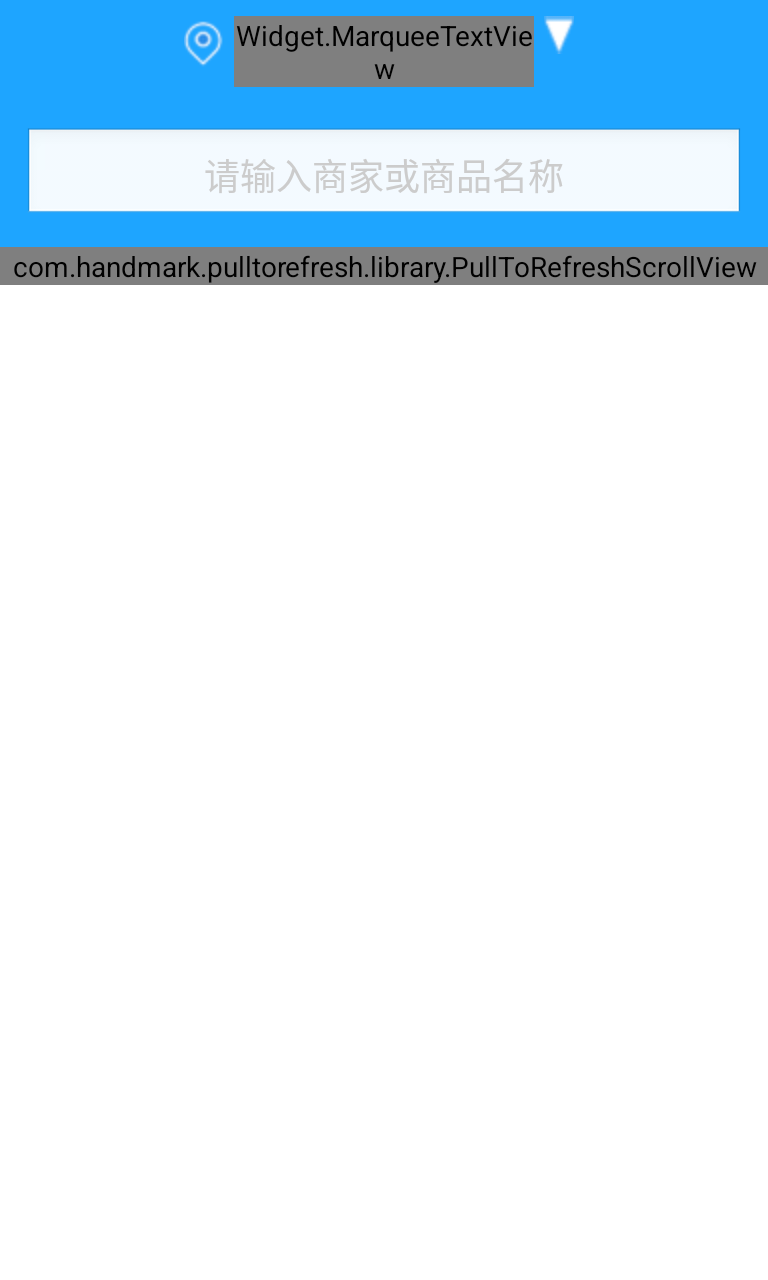
Repository: shi1hh/v
Layout: HungryTest/res/layout/fragment_waimai.xml
The author's editor kept a copy of each file at every save. The layout is drawn from the files as they stood at one save, then again after the next save.
Pictures or frames that could not be fetched are drawn as grey boxes. It is drawn on a 768 x 1280 px phone screen (xhdpi) without system bars, with theme android:Theme.Light.NoTitleBar; the app's code is not run.

Above is the layout before, as saved 2015-10-24 11:47:01.

### HungryTest/res/layout/fragment_waimai.xml
<?xml version="1.0" encoding="utf-8"?>
<RelativeLayout xmlns:android="http://schemas.android.com/apk/res/android"
    android:layout_width="match_parent"
    android:layout_height="match_parent" >

    <RelativeLayout
        android:id="@+id/relativeLayout1"
        android:layout_width="match_parent"
        android:layout_height="wrap_content"
        android:background="@color/blackground"
        android:padding="8dp" >

        <Widget.MarqueeTextView
            android:id="@+id/Textview_waimai_tile_2"
            android:layout_width="150dp"
            android:layout_height="wrap_content"
            android:layout_centerHorizontal="true"
            android:layout_centerVertical="true"
            android:background="@color/blackground"
            android:ellipsize="marquee"
            android:focusable="true"
            android:focusableInTouchMode="true"
            android:gravity="center"
            android:marqueeRepeatLimit="marquee_forever"
            android:scrollHorizontally="true"
            android:singleLine="true"
            android:text="信和门业附近(阳江市)"
            android:textColor="@color/white"
            android:textSize="21sp" />

        <Button
            android:id="@+id/button_waimai_tile_3"
            android:layout_width="wrap_content"
            android:layout_height="wrap_content"
            android:layout_alignBaseline="@+id/Textview_waimai_tile_2"
            android:layout_marginLeft="5dp"
            android:layout_toRightOf="@+id/Textview_waimai_tile_2"
            android:background="@drawable/waimaititle3" />

        <Button
            android:id="@+id/button_waimai_tile_1"
            android:layout_width="wrap_content"
            android:layout_height="wrap_content"
            android:layout_alignParentTop="true"
            android:layout_marginRight="5dp"
            android:layout_toLeftOf="@+id/Textview_waimai_tile_2"
            android:background="@drawable/waimaititle1" />
    </RelativeLayout>

        <RelativeLayout
            android:id="@+id/relative_2"
            android:layout_width="match_parent"
            android:layout_height="wrap_content"
            android:layout_alignParentLeft="true"
            android:layout_below="@+id/relativeLayout1"
            android:background="@color/blackground"
            android:padding="12dp" >

            <EditText
                android:id="@+id/editText_search"
                android:layout_width="match_parent"
                android:layout_height="wrap_content"
                android:ems="10"
                android:gravity="center"
                android:hint="请输入商家或商品名称"
                android:padding="10dp"
                android:textColorHint="@color/text_gray" />
        </RelativeLayout>
 <com.handmark.pulltorefresh.library.PullToRefreshScrollView
        xmlns:ptr="http://schemas.android.com/apk/res-auto"
        android:id="@+id/pull_refresh_scrollview"
                  android:layout_alignParentLeft="true"
            android:layout_below="@+id/relative_2"
        android:layout_width="fill_parent"
        android:layout_height="wrap_content"
        ptr:ptrAnimationStyle="flip"
        ptr:ptrMode="both" >

        <LinearLayout
            android:id="@+id/sub_root_lin"
            android:layout_width="fill_parent"
            android:layout_height="wrap_content"
            android:orientation="vertical" >

            <android.support.v4.view.ViewPager
                android:id="@+id/viewpager_waimai_adv"
                android:layout_width="match_parent"
                android:layout_height="90dp" >
            </android.support.v4.view.ViewPager>

            <TableLayout
           android:layout_marginTop="5dp"
                android:layout_width="match_parent"
                android:layout_height="wrap_content" >

                <TableRow
                    android:layout_width="match_parent"
                    android:layout_weight="1" >

                    <TextView
                        android:id="@+id/tb_tv1"
                        style="@style/waimai_tb_text"
                        android:layout_width="wrap_content"
                        android:layout_height="fill_parent"
                        android:layout_weight="1"
                        android:drawablePadding="0px"
                        android:drawableTop="@drawable/t1"
                        android:text="@string/waimai_tb1" />

                    <TextView
                        android:id="@+id/tb_tv2"
                        style="@style/waimai_tb_text"
                        android:layout_width="fill_parent"
                        android:layout_height="fill_parent"
                        android:layout_weight="1"
                        android:drawablePadding="0px"
                        android:drawableTop="@drawable/t2"
                        android:text="@string/waimai_tb2" />

                    <TextView
                        android:id="@+id/tb_tv3"
                        style="@style/waimai_tb_text"
                        android:layout_width="fill_parent"
                        android:layout_height="fill_parent"
                        android:layout_weight="1"
                        android:drawablePadding="0px"
                        android:drawableTop="@drawable/t3"
                        android:text="@string/waimai_tb3" />

                    <TextView
                        android:id="@+id/tb_tv4"
                        style="@style/waimai_tb_text"
                        android:layout_width="fill_parent"
                        android:layout_height="fill_parent"
                        android:layout_weight="1"
                        android:drawablePadding="0px"
                        android:drawableTop="@drawable/t4"
                        android:text="@string/waimai_tb4" />
                </TableRow>

                <TableRow
                    android:layout_width="match_parent"
                    android:layout_weight="1" >

                    <TextView
                        android:id="@+id/tb_tv2_1"
                        style="@style/waimai_tb_text"
                        android:layout_width="fill_parent"
                        android:layout_height="fill_parent"
                        android:layout_weight="1"
                        android:drawablePadding="0px"
                        android:drawableTop="@drawable/t5"
                        android:text="@string/waimai_tb5" />

                    <TextView
                        android:id="@+id/tb_tv2_2"
                        style="@style/waimai_tb_text"
                        android:layout_width="fill_parent"
                        android:layout_height="fill_parent"
                        android:layout_weight="1"
                        android:drawablePadding="0px"
                        android:drawableTop="@drawable/t6"
                        android:text="@string/waimai_tb6" />

                    <TextView
                        android:id="@+id/tb_tv2_3"
                        style="@style/waimai_tb_text"
                        android:layout_width="fill_parent"
                        android:layout_height="fill_parent"
                        android:layout_weight="1"
                        android:drawablePadding="0px"
                        android:drawableTop="@drawable/t7"
                        android:text="@string/waimai_tb7" />

                    <TextView
                        android:id="@+id/tb_tv2_12344567"
                        android:layout_column="2"
                        style="@style/waimai_tb_text"
                        android:layout_width="fill_parent"
                        android:layout_height="fill_parent"
                        android:visibility="invisible"
                        android:layout_weight="1" />
                </TableRow>
            </TableLayout>
            <View
                android:id="@+id/divider1"
                 android:layout_width="fill_parent"  android:layout_height="12dp"
                android:layout_marginTop="5dp"
                android:background="@color/waimai_divider"  />

            <LinearLayout
    android:layout_width="match_parent"
    android:layout_height="match_parent"
    android:orientation="horizontal" >

    <Spinner
        android:id="@+id/spinner_waimai_listview1"
            android:background="@drawable/spinner_waimai_img"
    android:layout_weight="1"
        android:layout_width="0dp"
        android:spinnerMode="dropdown"
 android:animationCache="true"
   android:drawSelectorOnTop="true"
        android:layout_height="wrap_content" />

    <Spinner
        android:id="@+id/spinner_waimai_listview2"
               android:background="@drawable/spinner_waimai_img"
    android:layout_weight="1"
        android:layout_width="0dp"
        android:spinnerMode="dropdown"
 android:animationCache="true"
   android:drawSelectorOnTop="true"
        android:layout_height="wrap_content" />

    <Spinner
        android:id="@+id/spinner_waimai_listview3"
                android:background="@drawable/spinner_waimai_img"
    android:layout_weight="1"
        android:layout_width="0dp"
        android:spinnerMode="dropdown"
 android:animationCache="true"
   android:drawSelectorOnTop="true"
        android:layout_height="wrap_content"  />

</LinearLayout>


            <ListView
                android:id="@+id/listview_waimai"
                android:layout_width="fill_parent"
                android:layout_height="wrap_content"
                ></ListView>
        </LinearLayout>
    </com.handmark.pulltorefresh.library.PullToRefreshScrollView>

     <LinearLayout
                android:id="@+id/flow_llay"
    android:layout_width="match_parent"
    android:layout_height="wrap_content"
android:visibility="gone"
    android:orientation="horizontal" >

    <Spinner
        android:id="@+id/spinner_waimai_listview4"
            android:background="@drawable/spinner_waimai_img"
    android:layout_weight="1"
        android:layout_width="0dp"
        android:spinnerMode="dropdown"
 android:animationCache="true"
   android:drawSelectorOnTop="true"
        android:layout_height="wrap_content" />

    <Spinner
        android:id="@+id/spinner_waimai_listview5"
               android:background="@drawable/spinner_waimai_img"
    android:layout_weight="1"
        android:layout_width="0dp"
        android:spinnerMode="dropdown"
 android:animationCache="true"
   android:drawSelectorOnTop="true"
        android:layout_height="wrap_content" />

    <Spinner
        android:id="@+id/spinner_waimai_listview6"
                android:background="@drawable/spinner_waimai_img"
    android:layout_weight="1"
        android:layout_width="0dp"
        android:spinnerMode="dropdown"
 android:animationCache="true"
   android:drawSelectorOnTop="true"
        android:layout_height="wrap_content"  />

</LinearLayout>



</RelativeLayout>

### HungryTest/res/values/color.xml
<?xml version="1.0" encoding="utf-8"?>
<resources>
    <color name="sum">#ffffff</color>
    <color name="balance">#00FF7F</color>
    <color name="balance_text">#ffffff</color>
    <color name="lvlft_select">#ffffff</color>
    <color name="lvlft_black">#CFCFCF</color>
    <color name="white">#ffffff</color>
    <color name="navigation_bg">#F6F6F6</color>
      <color name="blackground">#1EA5FF</color>
      <color name="text_gray">#CCCCCC</color>
      <color name="waimai_divider">#EEEEEC</color>
</resources>

### HungryTest/res/values/styles.xml
<resources xmlns:android="http://schemas.android.com/apk/res/android">

    <!--
        Base application theme, dependent on API level. This theme is replaced
        by AppBaseTheme from res/values-vXX/styles.xml on newer devices.


    -->
    <style name="AppBaseTheme" parent="Theme.AppCompat.Light">
        <!--
            Theme customizations available in newer API levels can go in
            res/values-vXX/styles.xml, while customizations related to
            backward-compatibility can go here.


        -->
    </style>

    <!-- Application theme. -->
    <style name="AppTheme" parent="AppBaseTheme">
        <!-- All customizations that are NOT specific to a particular API-level can go here. -->
    </style>

    <style name="text">
        <item name="android:textSize">10sp</item>
        <item name="android:gravity">center_horizontal</item>
    </style>

    <style name="waimai_tb_text">
        <item name="android:textSize">13sp</item>
        <item name="android:gravity">center_horizontal</item>
    </style>
    <style
        name="waimai_money_text">
        <item name="android:textColor">#FF3030</item>
        <item name="android:textSize">20sp</item>

    </style>
<style
    name="waimai_store_name_textsize"
    >
    <item name="android:textSize">20sp</item>
</style>
</resources>

### HungryTest/res/values/strings.xml
<?xml version="1.0" encoding="utf-8"?>
<resources>

    <string name="app_name">HungryTest</string>
    <string name="hello_world">Hello world!</string>
    <string name="action_settings">Settings</string>
    <string name="navigation1">外卖</string>
 <string name="navigation2">订单</string>
  <string name="navigation3">发现</string>
   <string name="navigation4">我</string>
   <string name="waimai_tb1">便利店</string>
    <string name="waimai_tb2">品牌馆</string>
     <string name="waimai_tb3">水果</string>
      <string name="waimai_tb4">鲜花蛋糕</string>
       <string name="waimai_tb5">新店特惠</string>
        <string name="waimai_tb6">夜宵</string>
         <string name="waimai_tb7">预定早餐</string>
</resources>

### HungryTest/res/drawable/spinner_waimai_img.xml
<?xml version="1.0" encoding="utf-8"?>
<selector xmlns:android="http://schemas.android.com/apk/res/android" >
    <item android:drawable="@drawable/spinnerdrag2"
        android:state_focused="true"></item>
    <item android:drawable="@drawable/spinnerdrag2"
        android:state_pressed="true"></item>
   <item  android:drawable="@drawable/spinnerdrag1"></item>
</selector>

After the next save:
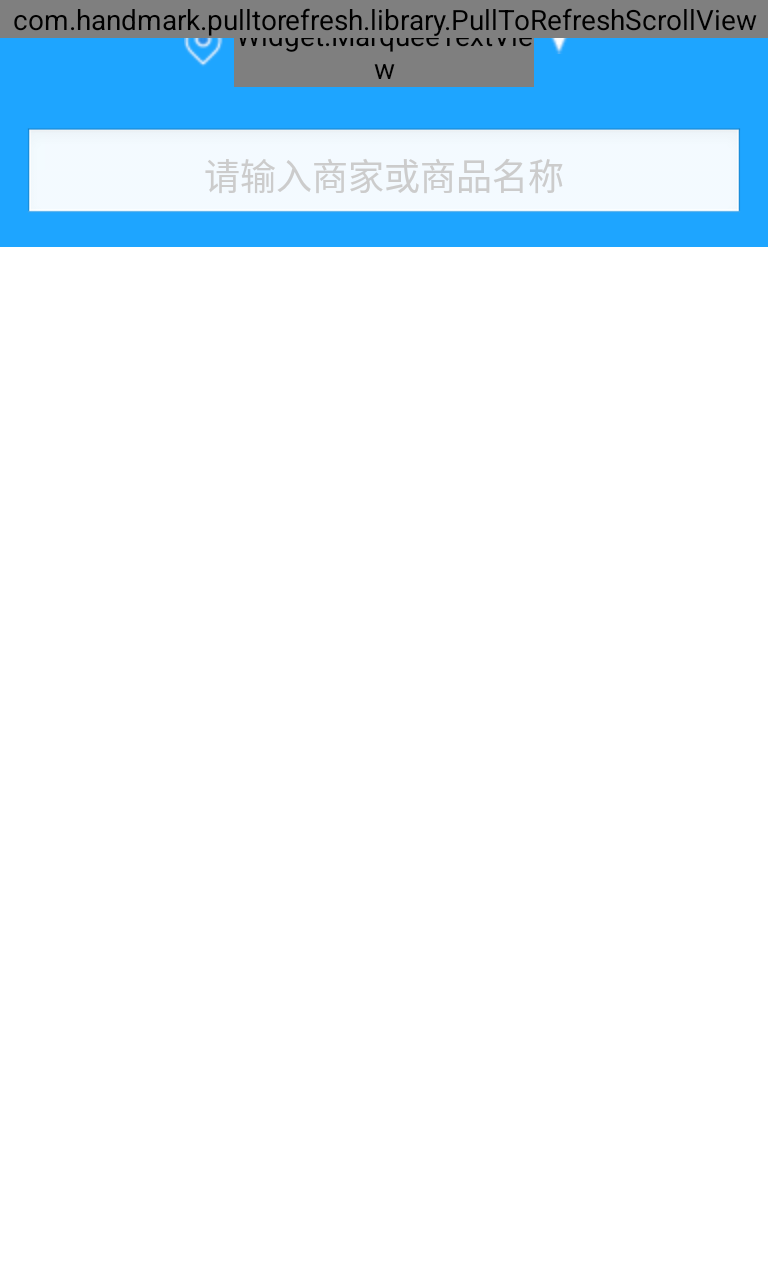
Saved 116 s later.
--- a/HungryTest/res/layout/fragment_waimai.xml
+++ b/HungryTest/res/layout/fragment_waimai.xml
@@ -48,7 +48,7 @@
     </RelativeLayout>
 
         <RelativeLayout
-            android:id="@+id/relative_2"
+            android:id="@+id/relative_1"
             android:layout_width="match_parent"
             android:layout_height="wrap_content"
             android:layout_alignParentLeft="true"

After the save that followed:
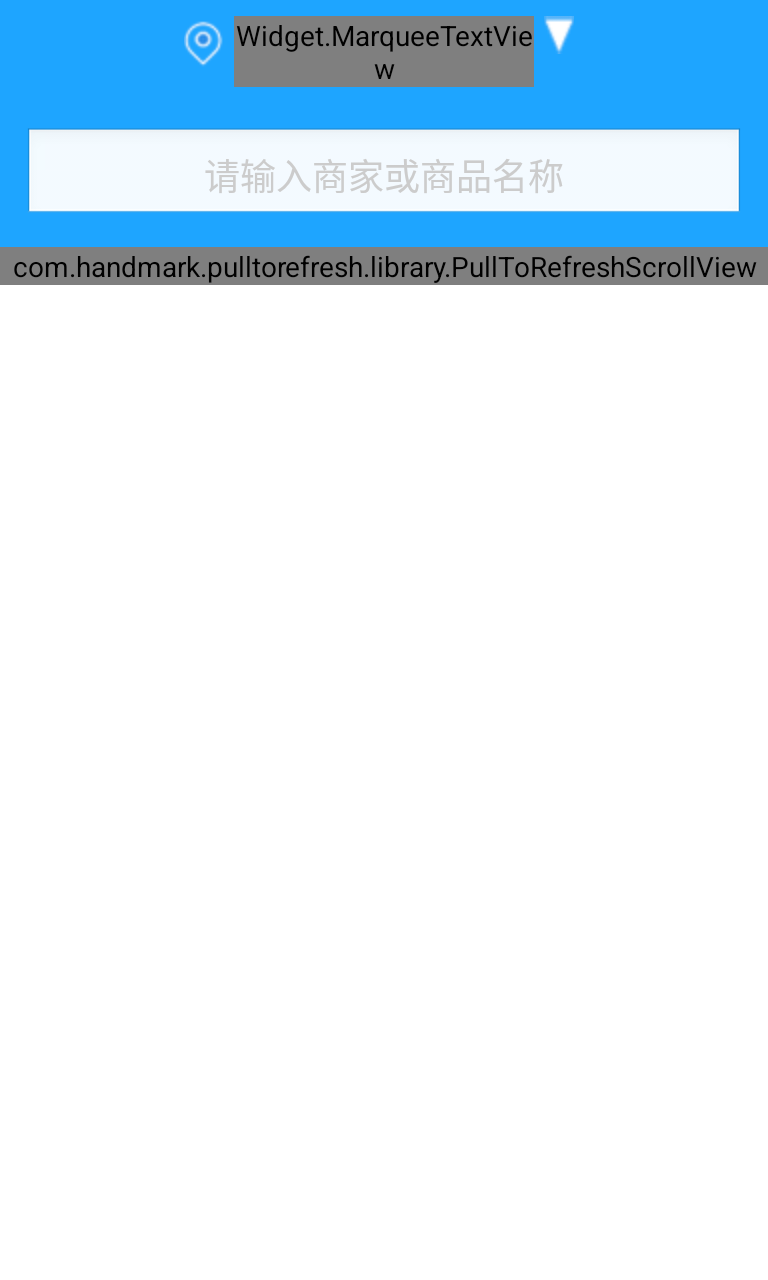
Saved 78 s later.
--- a/HungryTest/res/layout/fragment_waimai.xml
+++ b/HungryTest/res/layout/fragment_waimai.xml
@@ -70,7 +70,7 @@
         xmlns:ptr="http://schemas.android.com/apk/res-auto"
         android:id="@+id/pull_refresh_scrollview"
                   android:layout_alignParentLeft="true"
-            android:layout_below="@+id/relative_2"
+            android:layout_below="@+id/relative_1"
         android:layout_width="fill_parent"
         android:layout_height="wrap_content"
         ptr:ptrAnimationStyle="flip"
